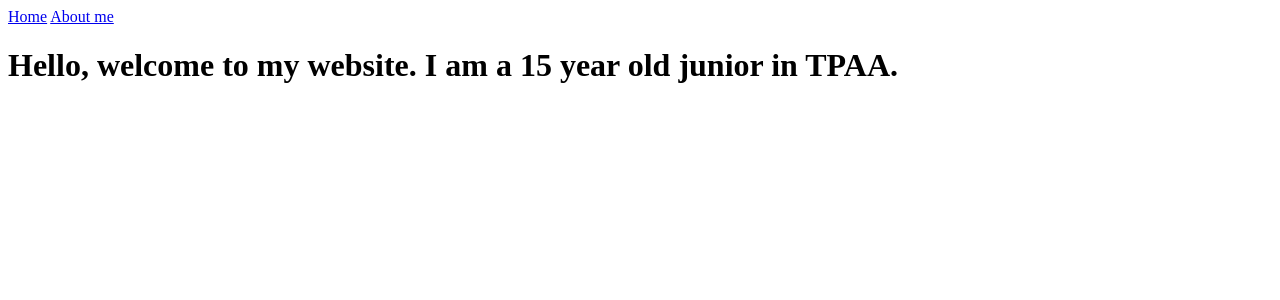
Repository: Cedric-floressantos/Cedric-floressantos.github.io
Page: my_website/Aboutme.html
The author's editor kept a record of every edit. The page is drawn from the files as they stood at one moment, then again after the next edit.
The browser window is 1280 px wide. The pictures show the whole page.

Above is the page before.

After the next edit:
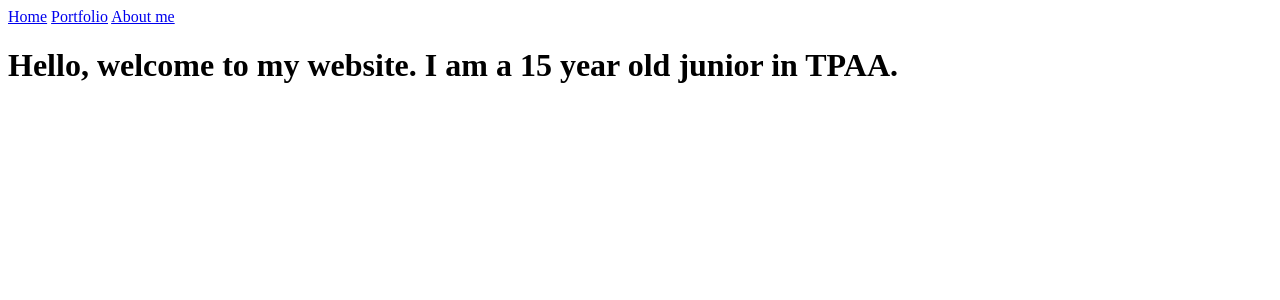
The edit:
--- a/my_website/Aboutme.html
+++ b/my_website/Aboutme.html
@@ -6,6 +6,7 @@
 	  </head>
 	  <body>
     <a href="index.html">Home</a>
+    <a href="Portfolio.html">Portfolio</a>
     <a href="Aboutme.html">About me</a>
     <h1>Hello, welcome to my website. I am a 15 year old junior in TPAA.</h1>
     <br>
